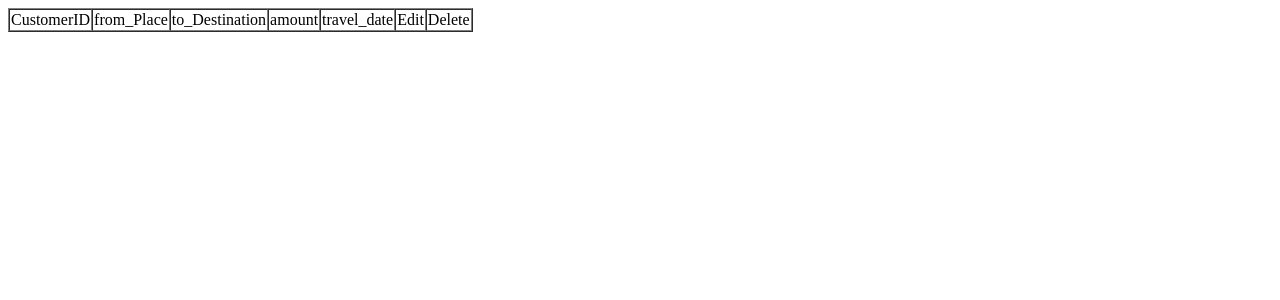
Repository: Yogashree-v-h-27/Ticket_Booking_webApp
Page: http://localhost/Ticket_Booking/ViewTicket
The author's editor kept a copy of each file at every save. The page is drawn from the files as they stood at one save, then again after the next save.
The browser window is 1280 px wide. The pictures show the whole page.
The page is served by Tomcat 9. Other server files are loaded and not shown. Queries for data that is not in the repository find no rows.

Above is the page before, as saved 2021-06-16 12:11:54.

### Ticket_Booking/src/com/register/ViewTicket.java
package com.register;

import java.io.IOException;
import java.io.PrintWriter;
import java.sql.Connection;
import java.sql.DriverManager;
import java.sql.PreparedStatement;
import java.sql.ResultSet;
import java.sql.SQLException;
import java.sql.Statement;

import javax.servlet.ServletException;
import javax.servlet.http.HttpServlet;
import javax.servlet.http.HttpServletRequest;
import javax.servlet.http.HttpServletResponse;
import javax.servlet.http.HttpSession;

/**
 * Servlet implementation class ViewTicket
 */
public class ViewTicket extends HttpServlet {
	private static final long serialVersionUID = 1L;

    public ViewTicket() {
        super();
        // TODO Auto-generated constructor stub
    }

	protected void doGet(HttpServletRequest request, HttpServletResponse response) throws ServletException, IOException {
		response.setContentType("text/html");
		PrintWriter out=response.getWriter();
		HttpSession session = request.getSession(true);

		try{
			Class.forName("oracle.jdbc.driver.OracleDriver");
			Connection con=DriverManager.getConnection(
			"jdbc:oracle:thin:@MLW0224.corpindia.local:1521:xe",
			"system","root");
			String sql="select *from ticketDetails ";
			Statement stmt=con.createStatement();
			ResultSet rs=stmt.executeQuery(sql);
			out.println("<table cellspacing='0' width='350px' border='1'>");
			out.println("<tr>");
			out.println("<td>CustomerID</td>");
			out.println("<td>from_Place</td>");
			out.println("<td>to_Destination</td>");
			out.println("<td>amount</td>");
			out.println("<td>travel_date</td>");
			out.println("<td> Edit</td>");
			out.println("<td> Delete</td>");
			out.println("</tr>");
			while(rs.next())
			{    String CustomerID = (String)session.getAttribute("CustomerID");
			     if(CustomerID.equals(rs.getString(1))){
				out.println("<tr>");
				out.println("<td>"+ rs.getString("CustomerID") + "</td>");
				out.println("<td>"+ rs.getString("from_Place") + "</td>");
				out.println("<td>"+ rs.getString("to_Destination") + "</td>");
				out.println("<td>"+ rs.getInt("amount") + "</td>");
				out.println("<td>"+ rs.getString("travel_date") + "</td>");
				out.println("</tr>");
			     }
			}
			out.println("</table>");




	}catch (ClassNotFoundException e) {
		// TODO Auto-generated catch block
		e.printStackTrace();
	} catch (SQLException e) {
		out.println("<font color='red'>Ticket Not Added</font>");
		e.printStackTrace();
	}

}


	protected void doPost(HttpServletRequest request, HttpServletResponse response) throws ServletException, IOException {

	}

}

After the next save:
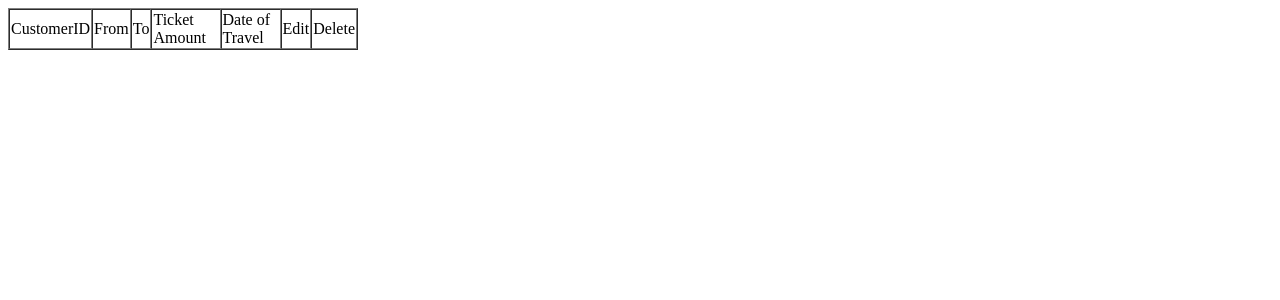
Saved 83 min 49 s later.
--- a/Ticket_Booking/src/com/register/ViewTicket.java
+++ b/Ticket_Booking/src/com/register/ViewTicket.java
@@ -42,10 +42,10 @@ public class ViewTicket extends HttpServlet {
 			out.println("<table cellspacing='0' width='350px' border='1'>");
 			out.println("<tr>");
 			out.println("<td>CustomerID</td>");
-			out.println("<td>from_Place</td>");
-			out.println("<td>to_Destination</td>");
-			out.println("<td>amount</td>");
-			out.println("<td>travel_date</td>");
+			out.println("<td>From</td>");
+			out.println("<td>To</td>");
+			out.println("<td>Ticket Amount</td>");
+			out.println("<td>Date of Travel</td>");
 			out.println("<td> Edit</td>");
 			out.println("<td> Delete</td>");
 			out.println("</tr>");
